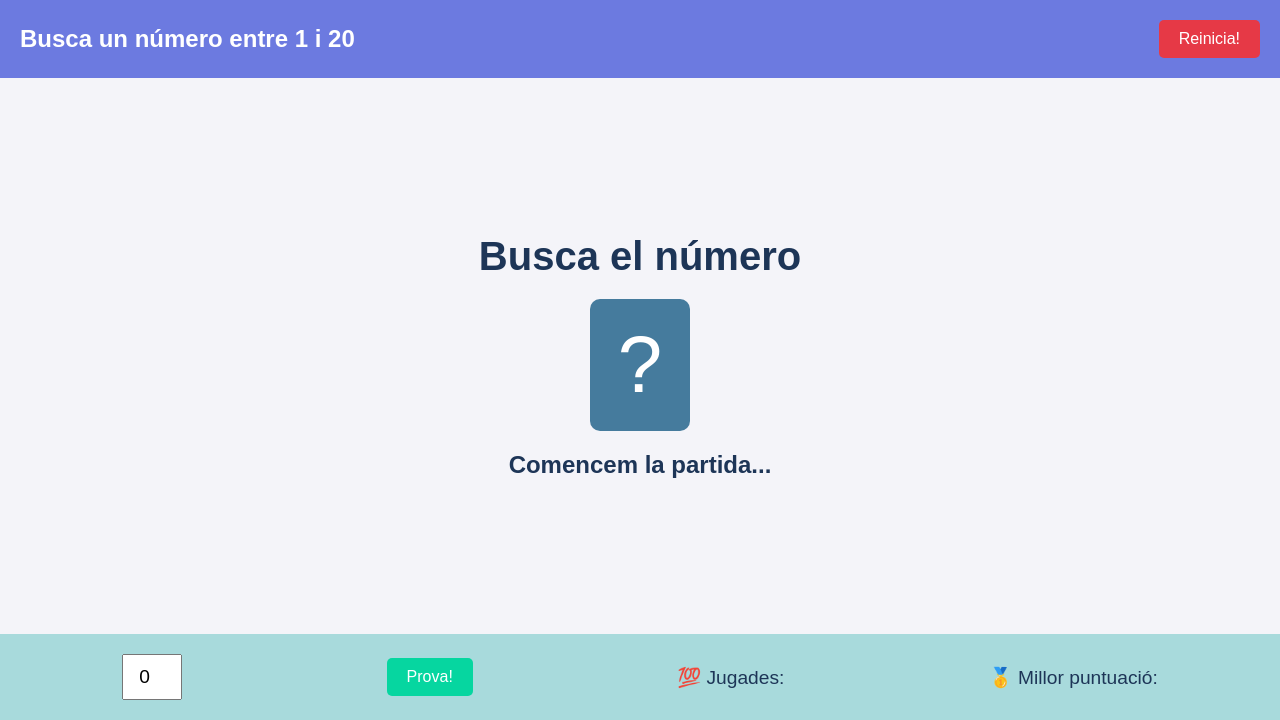
Repository: rdalmau23/M06_01
Page: index.html
An editor plug-in stored every save of this project. The page is shown before and after the next save, followed by the edit.
The browser window is 1280 px wide. The pictures show the whole page.

Above is the page before, as saved 2024-10-11 11:29:46.

After the next save:
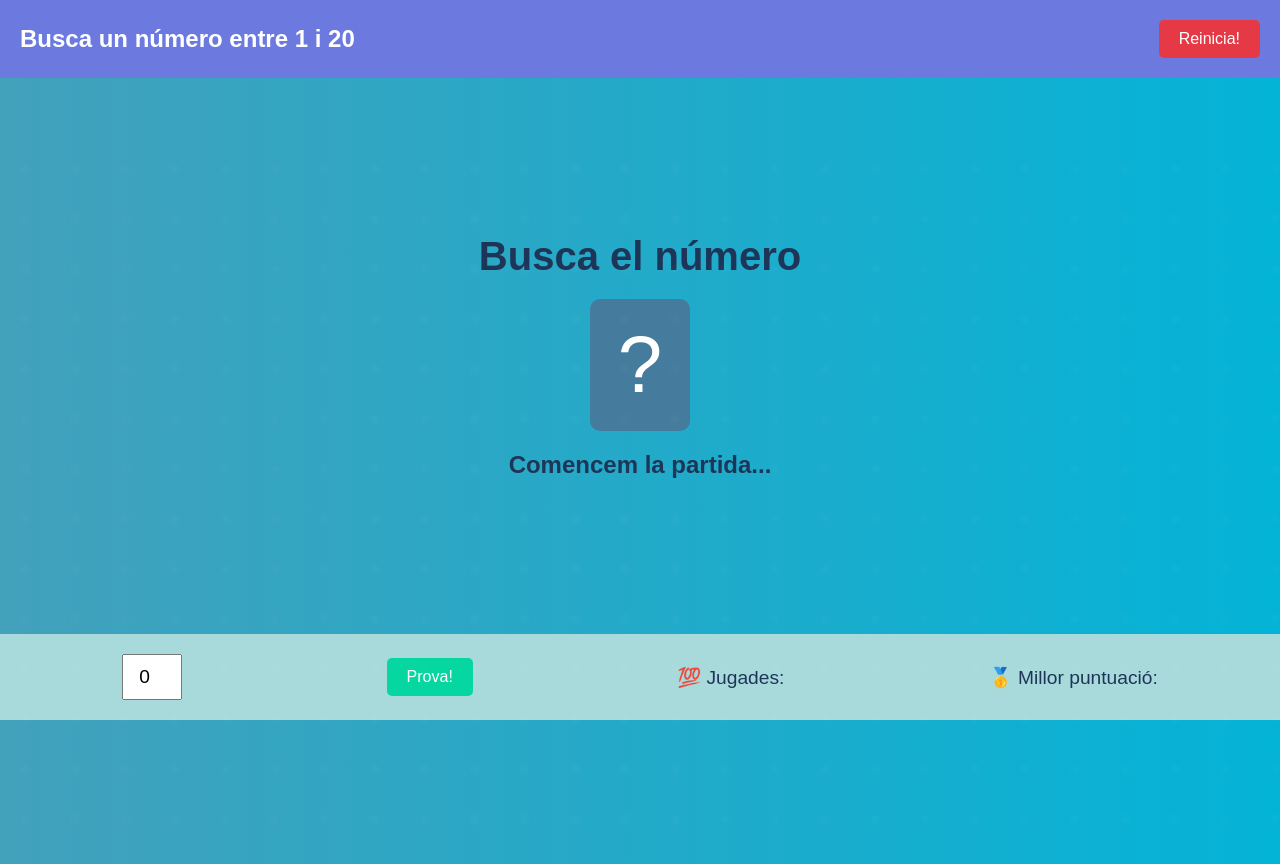
Saved 2 min 37 s later.
--- a/style.css
+++ b/style.css
@@ -1,3 +1,4 @@
+/* General Styles */
 * {
     margin: 0;
     padding: 0;
@@ -10,9 +11,49 @@
     display: flex;
     flex-direction: column;
     justify-content: space-between;
-    background-color: #f4f4f9;
+    background: linear-gradient(270deg, #00b4d8, #ff6b6b);
+    background-size: 400% 400%;
+    animation: gradient-animation 12s ease infinite;
+    position: relative;
+    overflow: hidden; /* Para que las partículas no salgan del viewport */
   }
 
+  body::before {
+    content: '';
+    position: absolute;
+    top: 0;
+    left: 0;
+    width: 100%;
+    height: 100%;
+    background-image: radial-gradient(circle, rgba(255, 255, 255, 0.1) 1%, transparent 20%);
+    background-size: 50px 50px;
+    opacity: 0.3;
+    animation: move-particles 25s linear infinite;
+  }
+
+  /* Keyframes for animation */
+  @keyframes gradient-animation {
+    0% {
+      background-position: 0% 50%;
+    }
+    50% {
+      background-position: 100% 50%;
+    }
+    100% {
+      background-position: 0% 50%;
+    }
+  }
+
+  @keyframes move-particles {
+    0% {
+      transform: translateY(0);
+    }
+    100% {
+      transform: translateY(100vh);
+    }
+  }
+
+  /* Header Styles */
   header {
     background-color: #6c7ae0;
     color: white;
@@ -41,6 +82,7 @@
     background-color: #d62839;
   }
 
+  /* Main Section */
   main {
     flex-grow: 1;
     display: flex;
@@ -70,6 +112,7 @@
     color: #1d3557;
   }
 
+  /* Footer Section */
   footer {
     background-color: #a8dadc;
     padding: 20px;
@@ -104,6 +147,7 @@
     color: #1d3557;
   }
 
+  /* Responsive Design */
   @media (max-width: 600px) {
     header, footer {
       flex-direction: column;
